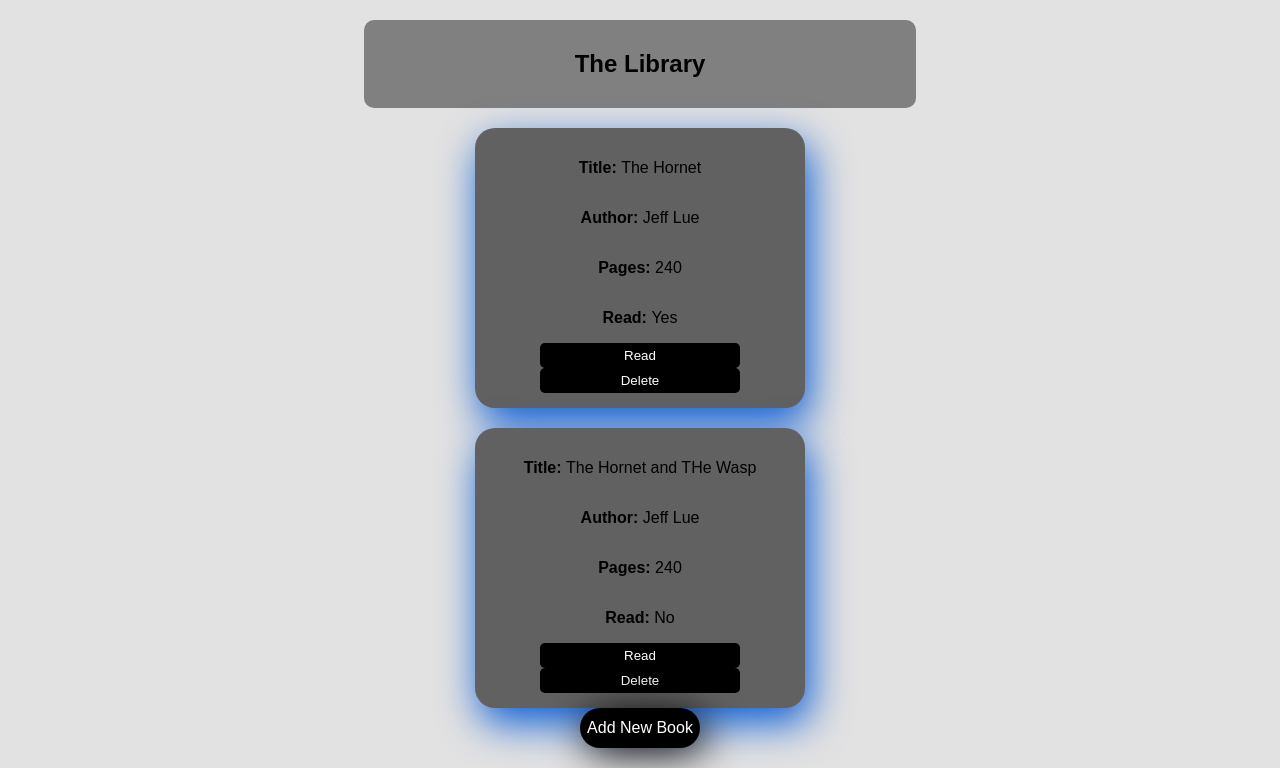
Repository: ErvinClay13/Library
Page: index.html
These files come from the project's save history. The page is drawn as it stood at one moment and after the next save; the edit follows.
The browser window is 1280 px wide. The pictures show the whole page.

Above is the page before, as saved 2025-01-11 05:06:19.

### index.html
<!DOCTYPE html>
<html lang="en">
<head>
    <meta charset="UTF-8">
    <meta name="viewport" content="width=device-width, initial-scale=1.0">
    <link rel="stylesheet" href="style.css">
    <link
      rel="icon"
      type="image/png"
      sizes="32x32"
      href="images/myLogo.png"
    />
    <title>The Library</title>
</head>
<body>
    <div class="container">
        <div class="heading">
            <h2>The Library</h2>
        </div>

            <div class="content" id="content"></div>

            <dialog id="myDialog">
                <div class="input">
                <form method="dialog" id="form">
                    <label for="title">Title</label>
                    <input type="text"
                           id="title"
                           name="title"
                           required>

                    <label for="author">Author</label>
                    <input type="text"
                           id="author"
                           name="author"
                           required>

                    <label for="pages">Pages</label>
                    <input type="number"
                           id="pages"
                           name="pages"
                           required>

                    <label for="read">Read</label>
                    <input type="checkbox"
                           name="read"
                           id="isRead">

                    <button type="submit" id="submit">Submit</button>
                    <div class="cancel" id="cancel">Cancel</div>


                </form>
            </div>
        </dialog>
        <footer><button id="addBook">Add New Book</button></footer>
    </div>

    <script src="script.js"></script>
</body>
</html>

### style.css
body {
    display: flex;
    justify-content: center;
    align-items: center;
    flex-direction: column;
    /* background-color: white; */
    background-color: rgb(226, 226, 226);
    margin: 0;
    font-family: Arial, sans-serif;
}

.container {
    display: flex;
    flex-direction: column;
    align-items: center;
    padding: 20px;
}

.heading {
    display: flex;
    justify-content: space-between;
    justify-content: center;
    background-color: gray;
    /* background-color: #42669df5; */
    /* box-shadow: 5px 5px 40px #0055d4f5; */
    width: 100%;
    max-width: 800px;
    padding: 10px 20px;
    border-radius: 10px;
    margin-bottom: 20px;
}

#addBook {
    /* background-color: #03409af5; */
    background-color: black;
    box-shadow: 5px 5px 40px black;
    height: 40px;
    width: 120px;
    border-radius: 20px;
    border: none;
    font-size: 16px;
    color: white;
    cursor: pointer;
}

#addBook:hover {
    transform: scale(1.1);
    box-shadow: 2px 5px 40px black;
}

#content {
    display: flex;
    flex-wrap: wrap;
    gap: 20px;
    justify-content: center;
    width: 100%;
}

.card {
    display: flex;
    flex-direction: column;
    justify-content: space-between;
    text-align: center;
    border-radius: 20px;
    padding: 15px;
    /* background-color: #42669df5; */
    background-color: rgb(97, 97, 97);
    width: 100%;
    max-width: 300px;
    box-shadow: 5px 15px 40px #0055d4f5;
    align-items: center;
}

.card-details {
    margin-bottom: 10px;
}

.read, .delete {
    flex: 1;
    padding: 5px 10px;
    border: none;
    border-radius: 5px;
    color: white;
    background-color: black;
    /* background-color: #03409af5; */
    cursor: pointer;
    width: 200px;
}

.read:hover, .delete:hover {
    background-color: #254a81f5;
}

.read:active, .delete:active {
    background-color: #42669df5;
}

dialog {
    background-color: #fefefe;
    padding: 20px;
    border: none;
    border-radius: 10px;
    box-shadow: 0px 5px 15px rgba(0, 0, 0, 0.5);
}

form {
    display: flex;
    flex-direction: column;
    gap: 10px;
}

input[type="text"], input[type="number"] {
    padding: 5px;
    border-radius: 5px;
    border: 1px solid #ccc;
}

button {
    cursor: pointer;
}

/* Responsive Styles */
@media (max-width: 768px) {
    .heading {
        flex-direction: column;
        align-items: center;
    }

    #content {
        gap: 15px;
    }

    .card {
        max-width: 100%;
    }
}

### script.js
const dialog = document.getElementById('myDialog');
const form = document.getElementById('form');
const content = document.getElementById('content');
const submit = document.getElementById('submit');
const addBook = document.getElementById('addBook');
const cancel = document.getElementById('cancel');

const myLibrary = [];

const theHornet = new Book('The Hornet', 'Jeff Lue', 240, true);
const theHornetAndTheWasp = new Book('The Hornet and THe Wasp', 'Jeff Lue', 240, false);

myLibrary.push(theHornet);
myLibrary.push(theHornetAndTheWasp);


function Book(title, author, pages, read) {
    this.title = title;
    this.author = author;
    this.pages = pages;
    this.read = read;
}

Book.prototype.info = function() {
    return `${this.title} ${this.author} ${this.pages} ${this.read}`;
}


Book.prototype.toggleRead = function() {
    this.read = !this.read;
}



addBook.addEventListener("click", () => {
    dialog.showModal();
});

cancel.addEventListener("click", () => {
    dialog.close();
});

submit.addEventListener("click", (event) => {
    event.preventDefault();

    const title = document.getElementById('title').value;
    const author = document.getElementById('author').value;
    const pages = document.getElementById('pages').value;
    const read = document.getElementById('isRead').checked;

    const newBook = new Book(title, author, pages, read);
    myLibrary.push(newBook);

    form.reset();
    showBooks();
    dialog.close();
});

function showBooks() {

    content.innerHTML = '';

    myLibrary.forEach((book, index) => {                   //going through the array myLibrary
        const card = document.createElement('div');        //creating a new card for each book created through the modal
        card.classList.add('card');                        //adding card to the class

        card.innerHTML =                                      //creating the text that will be displayed on the card
            `<p><strong>Title: </strong>${book.title}</p>
             <p><strong>Author: </strong>${book.author}</p>
             <p><strong>Pages: </strong>${book.pages}</p>
             <p><strong>Read: </strong>${book.read ? 'Yes' : 'No'}</p>`;   //using the user input to create the new book on the card

        const deleteBtn = document.createElement('button');
        deleteBtn.classList.add('delete');
        deleteBtn.textContent = ('Delete');

        deleteBtn.addEventListener("click", () => {
            myLibrary.splice(index, 1);
            showBooks();
        });

        const read = document.createElement('button');
        read.classList.add('read');
        read.textContent = ('Read');

        read.addEventListener("click", () => {
            book.toggleRead();
            showBooks();
        });

        card.appendChild(read);
        card.appendChild(deleteBtn);
        content.appendChild(card);


    })
}

showBooks();

After the next save:
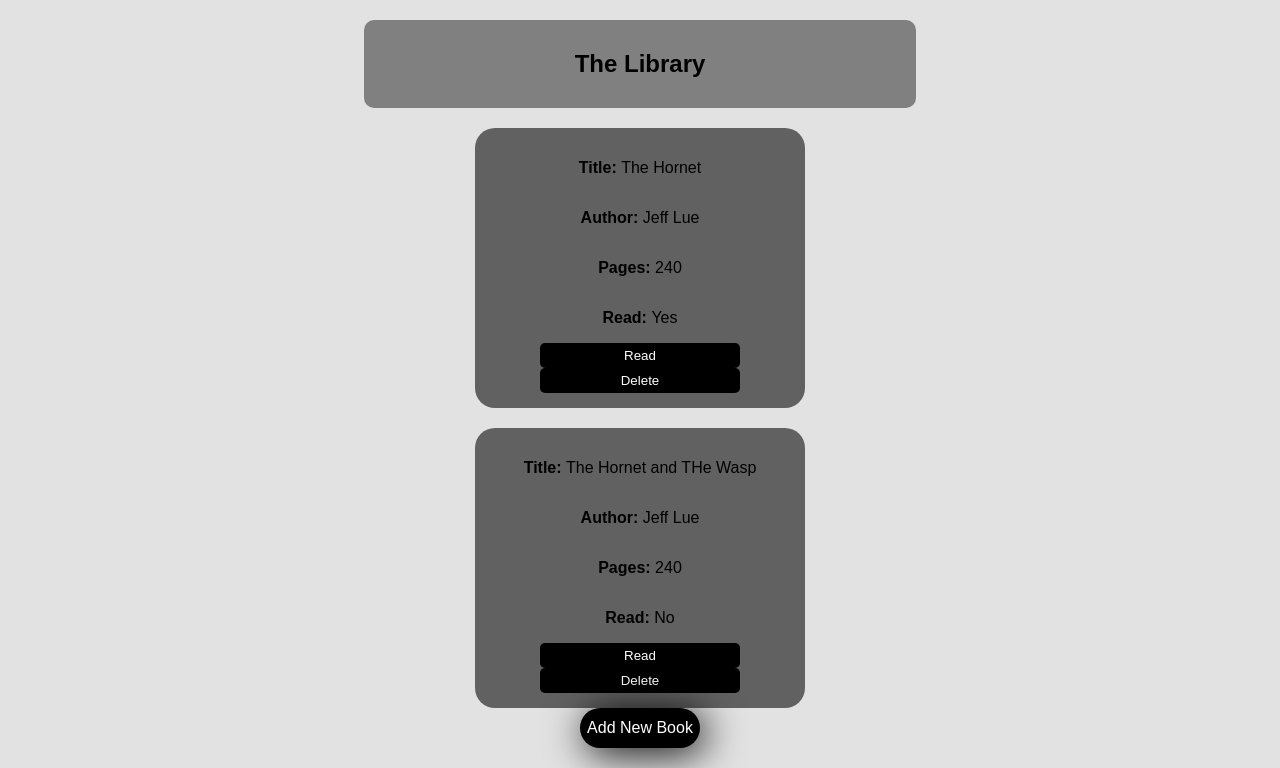
Saved 25 s later.
--- a/style.css
+++ b/style.css
@@ -67,7 +67,7 @@ body {
     background-color: rgb(97, 97, 97);
     width: 100%;
     max-width: 300px;
-    box-shadow: 5px 15px 40px #0055d4f5;
+    /* box-shadow: 5px 15px 40px #0055d4f5; */
     align-items: center;
 }
 
